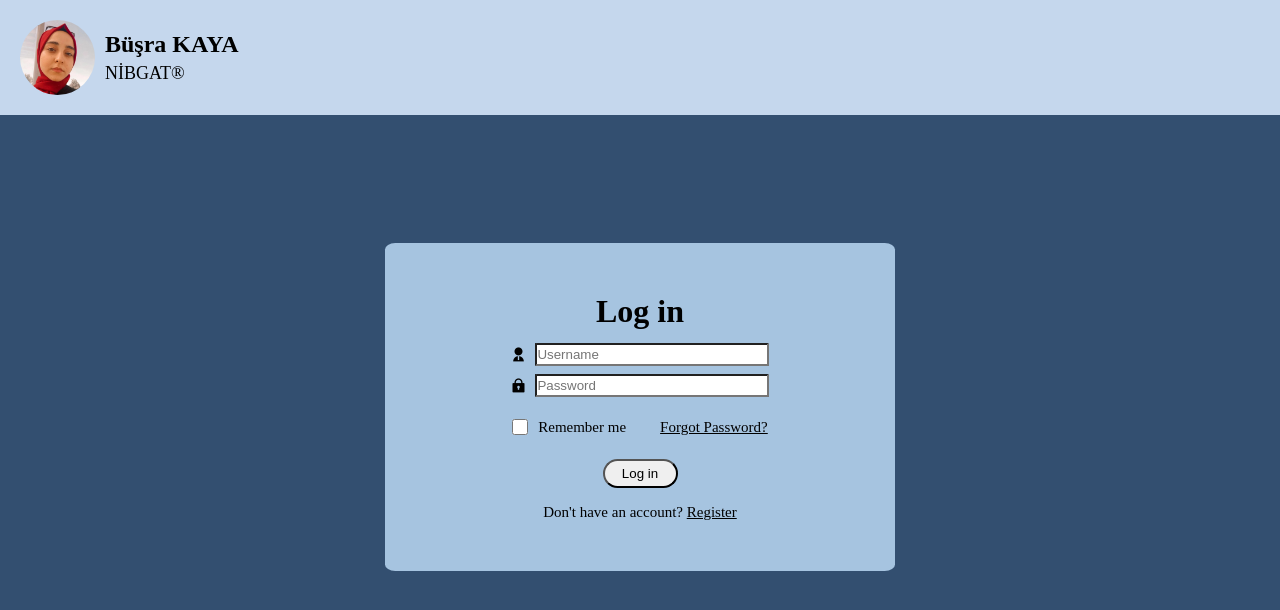
Repository: busra-kayaa/LoginPage
Page: login.html
These files come from the project's save history. The page is drawn as it stood at one moment and after the next save; the edit follows.
The browser window is 1280 px wide. The pictures show the whole page.

Above is the page before, as saved 2024-01-13 15:31:13.

After the next save:
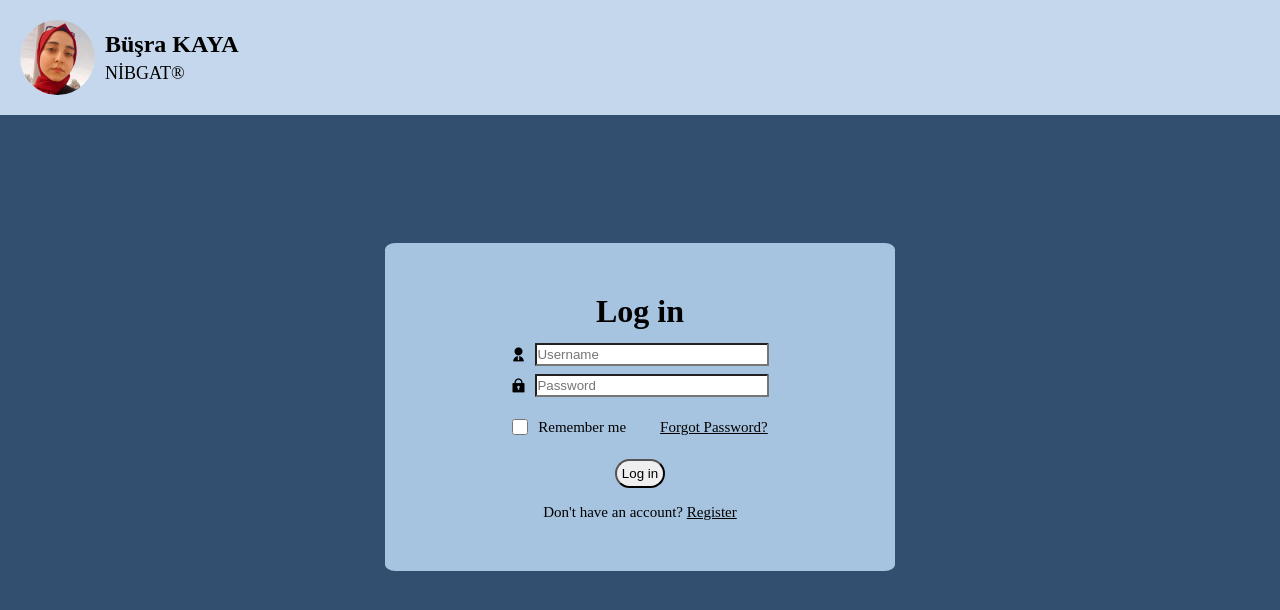
Saved 15 s later.
--- a/style.css
+++ b/style.css
@@ -128,7 +128,7 @@ body {
 }
 
 .login-button {
-    width: 75px;
+    width: ;
     padding: 5px;
     margin-bottom: 1rem;
     border-radius: 4rem;

After the save that followed:
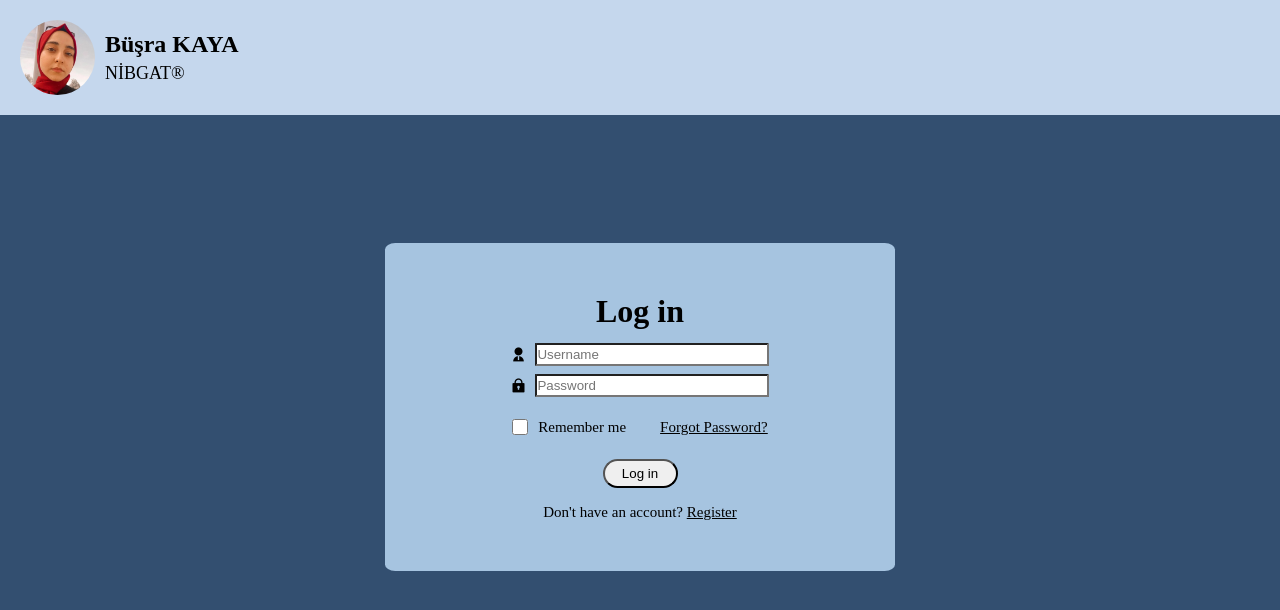
Saved 4 s later.
--- a/style.css
+++ b/style.css
@@ -128,7 +128,7 @@ body {
 }
 
 .login-button {
-    width: ;
+    width: 75px;
     padding: 5px;
     margin-bottom: 1rem;
     border-radius: 4rem;
